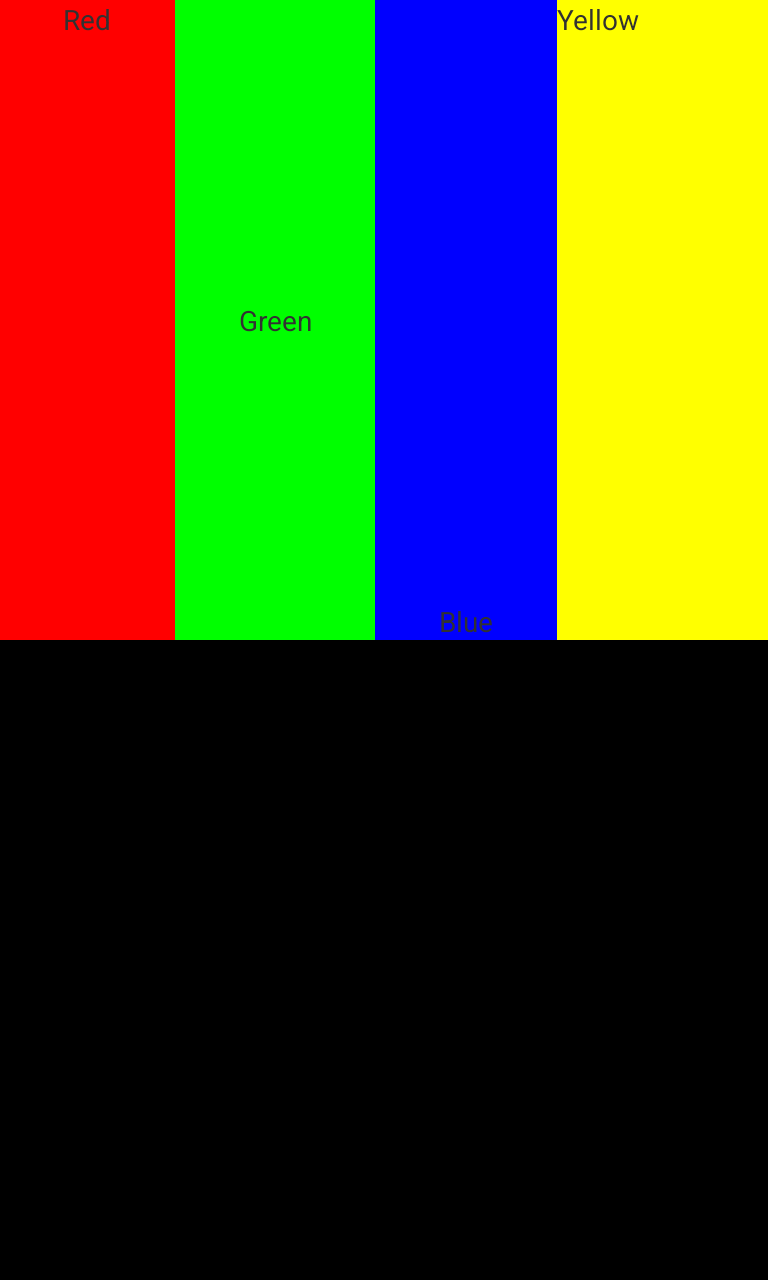
Repository: LuciferUltraM/workspace-utk
Layout: HelloViews/res/layout/activity_main.xml
The author's editor kept a copy of each file at every save. The layout is drawn from the files as they stood at one save, then again after the next save.
It is drawn on a 768 x 1280 px phone screen (xhdpi) without system bars, with theme AppTheme; the app's code is not run.

Above is the layout before, as saved 2013-05-22 08:02:10.

### HelloViews/res/layout/activity_main.xml
<LinearLayout xmlns:android="http://schemas.android.com/apk/res/android"
    android:layout_width="fill_parent"
    android:layout_height="fill_parent"
    android:orientation="vertical" >

    <LinearLayout
        android:layout_width="match_parent"
        android:layout_height="match_parent"
        android:layout_weight="1"
        android:background="@android:color/darker_gray"
        android:orientation="horizontal" >

        <TextView
            android:id="@+id/textView1"
            android:layout_width="wrap_content"
            android:layout_height="match_parent"
            android:layout_weight="1"
            android:background="#ff0000"
            android:gravity="top|center"
            android:text="Red" />

        <TextView
            android:id="@+id/textView2"
            android:layout_width="wrap_content"
            android:layout_height="match_parent"
            android:layout_weight="1"
            android:background="#00ff00"
            android:gravity="center"
            android:text="Green" />

        <TextView
            android:id="@+id/textView3"
            android:layout_width="wrap_content"
            android:layout_height="match_parent"
            android:layout_weight="1"
            android:background="#0000ff"
            android:gravity="bottom|center"
            android:text="Blue" />

        <TextView
            android:id="@+id/textView4"
            android:layout_width="wrap_content"
            android:layout_height="match_parent"
            android:layout_weight="1"
            android:background="#ffff00"
            android:text="Yellow" />

    </LinearLayout>

    <LinearLayout
        android:layout_width="match_parent"
        android:layout_height="match_parent"
        android:layout_weight="1"
        android:background="@android:color/black"
        android:orientation="vertical" >

    </LinearLayout>

</LinearLayout>

Loaded but not shown: HelloViews/res/values/styles.xml (common file); HelloViews/res/values-v11/styles.xml (common file); HelloViews/res/values-v14/styles.xml (common file)

After the next save:
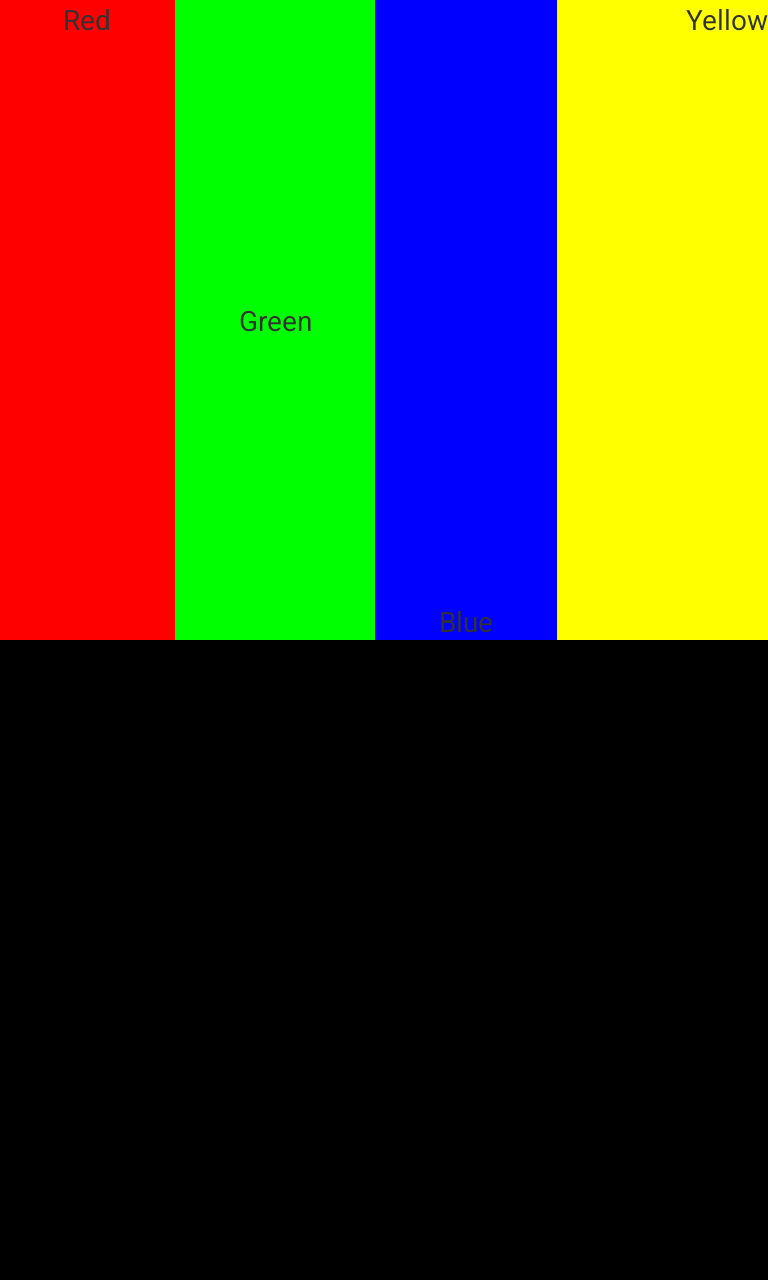
Saved 16 s later.
--- a/HelloViews/res/layout/activity_main.xml
+++ b/HelloViews/res/layout/activity_main.xml
@@ -43,6 +43,7 @@
             android:layout_height="match_parent"
             android:layout_weight="1"
             android:background="#ffff00"
+            android:gravity="top|right"
             android:text="Yellow" />
 
     </LinearLayout>
